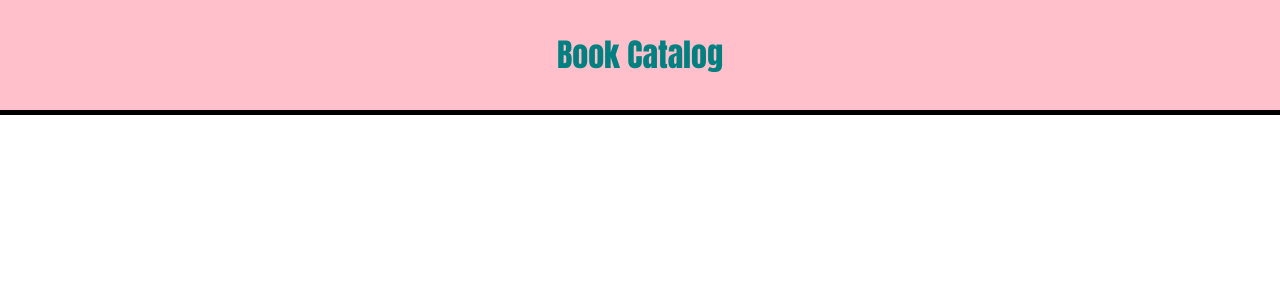
Repository: primcharlin/COMP3170_Lab_Assignment_Components
Page: /
These files come from the project's save history. The page is drawn as it stood at one moment and after the next save; the edit follows.
The browser window is 1280 px wide. The pictures show the whole page.
The project was rebuilt for these pictures with package versions that can differ from the ones it lists, and the page was loaded fresh each time. Also part of the build but not shown: vite.config.js.

Above is the page before, as saved 2025-09-12 02:08:55.

After the next save:
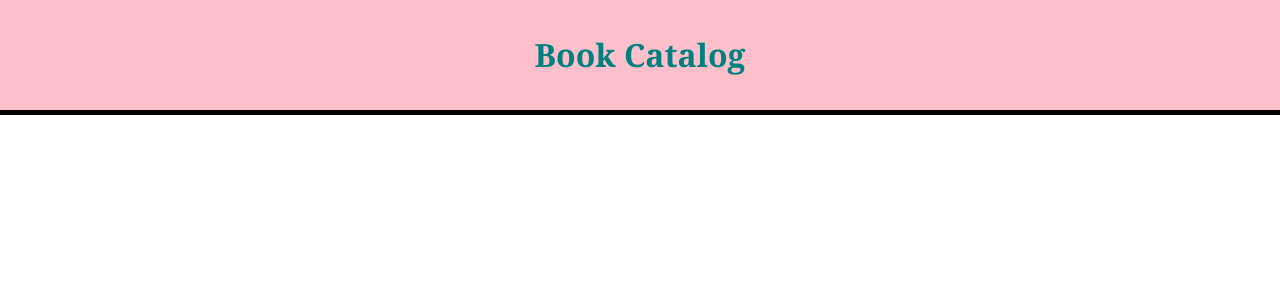
Saved 19 s later.
--- a/src/App.css
+++ b/src/App.css
@@ -19,7 +19,7 @@ div {
     border-bottom: 5px solid black;
     box-sizing: border-box;
     text-align: center;
-    font-family: Impact, Haettenschweiler, "Arial Narrow Bold", sans-serif;
+    font-family: Georgia, "Times New Roman", Times, serif;
 }
 
 h1 {
